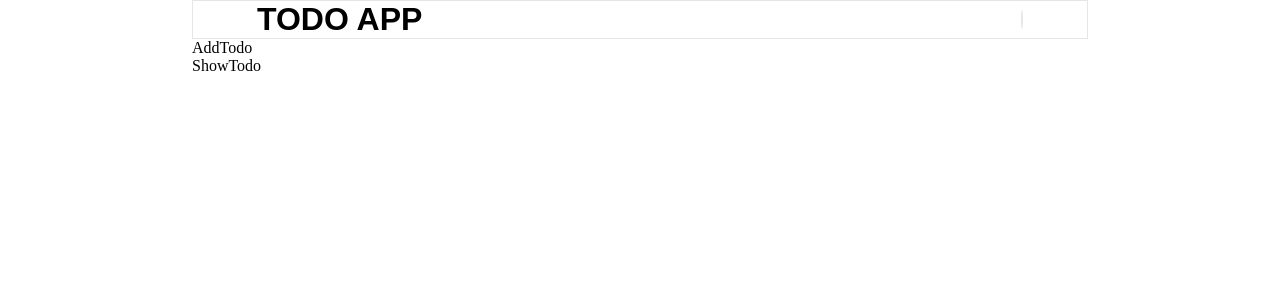
Repository: michalmilek/TodoApp
Page: /
The author's editor kept a copy of each file at every save. The page is drawn from the files as they stood at one save, then again after the next save.
The browser window is 1280 px wide. The pictures show the whole page.
Some web fonts or font styles are not loaded; a fallback is used. The project was rebuilt for these pictures with package versions that can differ from the ones it lists, and the page was loaded fresh each time. Also part of the build but not shown: vite.config.js.

Above is the page before, as saved 2023-02-01 13:17:53.

### src/App.jsx
import { useState } from "react";
import "./App.css";
import AddTodo from "./components/AddTodo";
import Header from "./components/Header";
import ShowTodo from "./components/ShowTodo";

function App() {
  return (
    <div className="App">
      <Header />
      <AddTodo />
      <ShowTodo />
    </div>
  );
}

export default App;

### src/index.css
@import url(https://fonts.googleapis.com/css?family=Poppins:100,100italic,200,200italic,300,300italic,regular,italic,500,500italic,600,600italic,700,700italic,800,800italic,900,900italic);
@import url(https://fonts.googleapis.com/css?family=Texturina:100,200,300,regular,500,600,700,800,900,100italic,200italic,300italic,italic,500italic,600italic,700italic,800italic,900italic);

*{
  box-sizing: border-box;
  margin: 0;
  padding: 0;
}

body{
  display: flex;
  flex-direction: column;
  align-items: center;
  justify-content: center;
}

### src/App.css
header{
  display: flex;
  justify-content: space-between;
  align-items: center;
  width: 70vw;
  padding: 0 4rem;
  border: 1px solid rgb(230, 230, 230);
}

  .logo{
    font-family: 'Texturina', sans-serif;
  }

  .light{
    border-radius: 50%;
    border: 1px solid rgb(230, 230, 230);
    background: #fff;
    height: 20px;
    width: 20px;
    content: '';
  }

### src/components/AddTodo.jsx
import React from "react";

const AddTodo = () => {
  return <div>AddTodo</div>;
};

export default AddTodo;

### src/components/Header.jsx
import React from "react";

const Header = () => {
  return (
    <header>
      <div className="logo">
        <h1>TODO APP</h1>
      </div>
      <div className="themeSelector">
        <span className="light"></span>
        <span className="medium"></span>
        <span className="dark"></span>
        <span className="g1"></span>
        <span className="g2"></span>
        <span className="g3"></span>
      </div>
    </header>
  );
};

export default Header;

### src/components/ShowTodo.jsx
import React from "react";

const ShowTodo = () => {
  return <div>ShowTodo</div>;
};

export default ShowTodo;

Loaded but not shown: index.html (common file); src/main.jsx (common file)

After the next save:
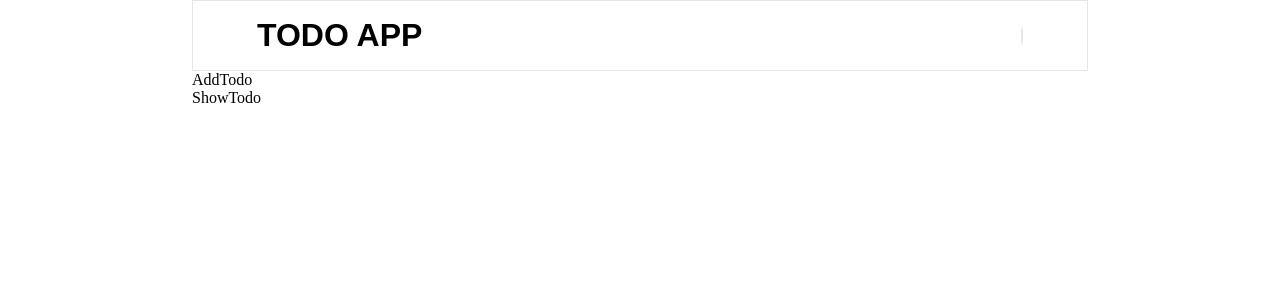
Saved 12 s later.
--- a/src/App.css
+++ b/src/App.css
@@ -3,7 +3,7 @@ header{
   justify-content: space-between;
   align-items: center;
   width: 70vw;
-  padding: 0 4rem;
+  padding: 1rem 4rem;
   border: 1px solid rgb(230, 230, 230);
 }
 
